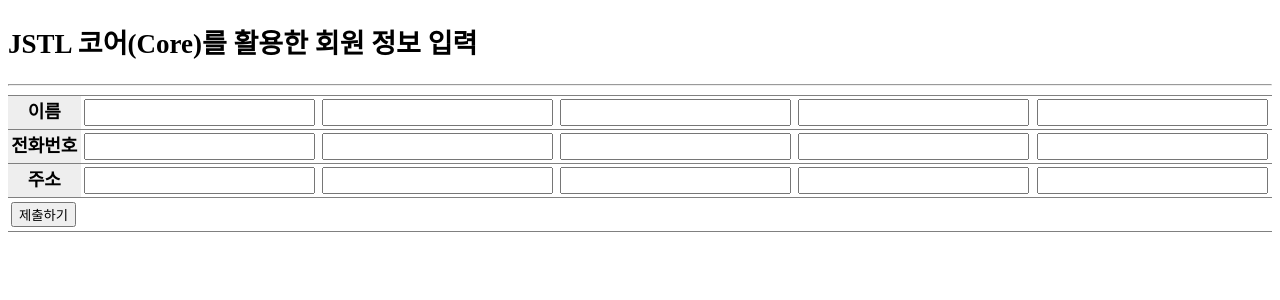
Repository: onpul/Web
Page: http://localhost/WebApp22/MemberInsertForm.jsp
The author's editor kept a copy of each file at every save. The page is drawn from the files as they stood at one save, then again after a run of saves.
The browser window is 1280 px wide. The pictures show the whole page.
The page is served by Tomcat 9.

Above is the page before, as saved 2022-04-29 08:33:55.

After the next 2 saves:
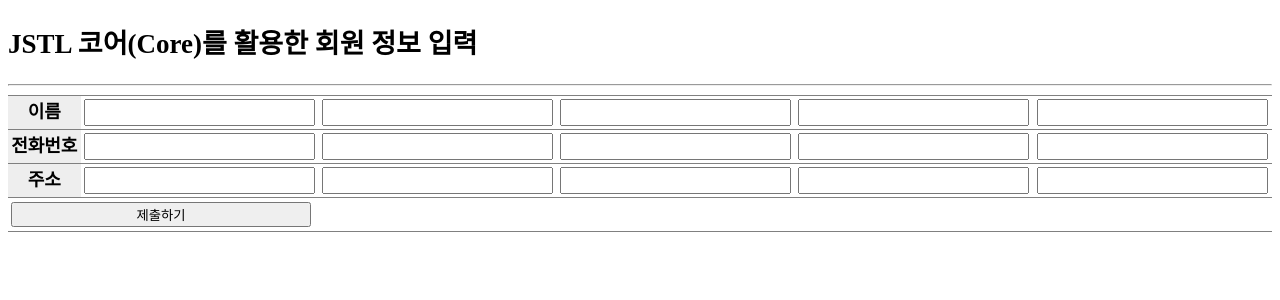
The 2 saves are shown as one change because they came seconds apart.
The last was saved 19 s later.
--- a/WebApp22/WebContent/MemberInsertForm.jsp
+++ b/WebApp22/WebContent/MemberInsertForm.jsp
@@ -42,7 +42,7 @@
 				</c:forEach>
 			</tr>
 			<tr>
-				<td colspan="6"><button type="submit">제출하기</button></td>
+				<td colspan="6"><button type="submit" style="width: 300px;">제출하기</button></td>
 			</tr>
 		</table>
 	</form>
